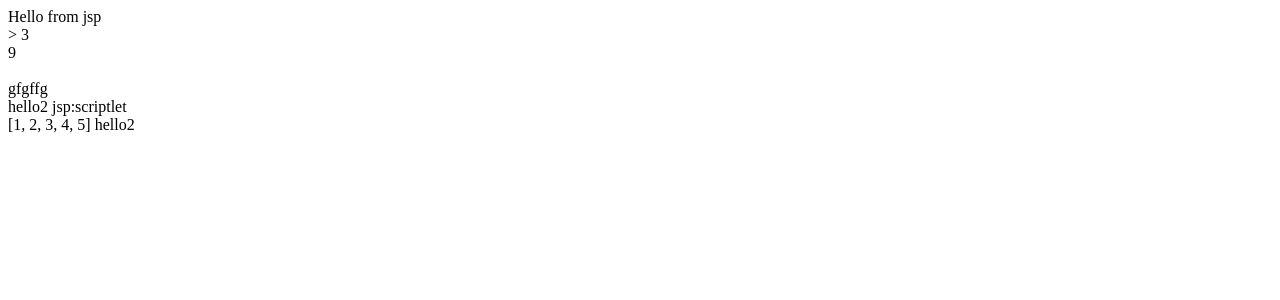
Repository: Marat1988/ExampleProgrammingLanguage
Page: http://localhost/MyWeb/index.jsp
The author's editor kept a copy of each file at every save. The page is drawn from the files as they stood at one save, then again after the next save.
The browser window is 1280 px wide. The pictures show the whole page.
The page is served by Tomcat 10. Nobody is signed in. The application's start-up code is not run. Other server files are loaded and not shown.

Above is the page before, as saved 2023-08-18 21:20:29.

### Java/JavaEE/MyWeb/src/main/webapp/index.jsp
<%@ page language="java" contentType="text/html; charset=UTF-8"
	pageEncoding="UTF-8"%>
<%@page import="java.util.*" %>
<!DOCTYPE html>
<html>
<head>
<meta charset="UTF-8">
<title>Insert title here</title>
</head>
<body>
	Hello from jsp
	<br>

	<jsp:declaration>
	String s2 = "gfgffg";
	</jsp:declaration>>

	<%!
	private int sum(int a, int b) {
		return a + b;
	}
	String s = "hello2";

	%>


	<%
	int i = 1;
	int j = 2;
	out.println(i + j);
	%>

	<%
	out.println("<br>");
	out.println(sum(5, 4));
	out.println("<br>");
	%>
	<br>
	<%
	out.println(s2);
	%>
	<br>
	<%
	out.println(s);
	%>
	<jsp:scriptlet>
	out.println("jsp:scriptlet");
	</jsp:scriptlet>
	<br>
	<%=Arrays.asList(1,2,3,4,5) %>

	<jsp:expression>
	s
	</jsp:expression>
</body>
</html>

After the next save:
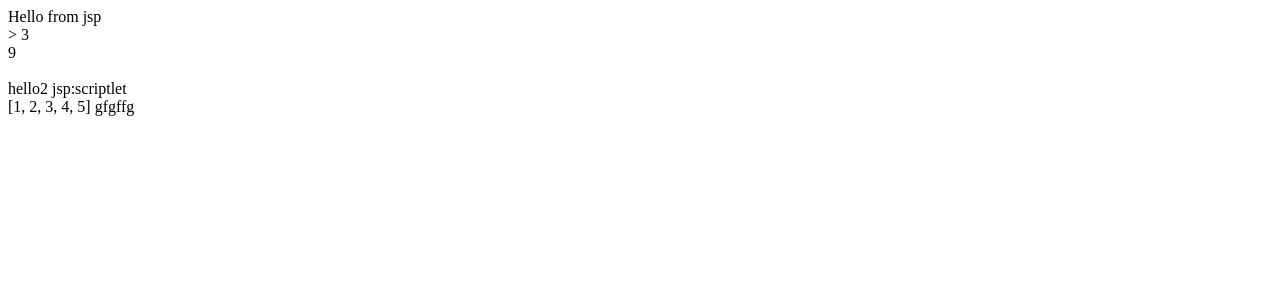
Saved 33 s later.
--- a/Java/JavaEE/MyWeb/src/main/webapp/index.jsp
+++ b/Java/JavaEE/MyWeb/src/main/webapp/index.jsp
@@ -36,10 +36,7 @@
 	out.println("<br>");
 	%>
 	<br>
-	<%
-	out.println(s2);
-	%>
-	<br>
+
 	<%
 	out.println(s);
 	%>
@@ -50,7 +47,7 @@
 	<%=Arrays.asList(1,2,3,4,5) %>
 
 	<jsp:expression>
-	s
+	s2
 	</jsp:expression>
 </body>
 </html>
